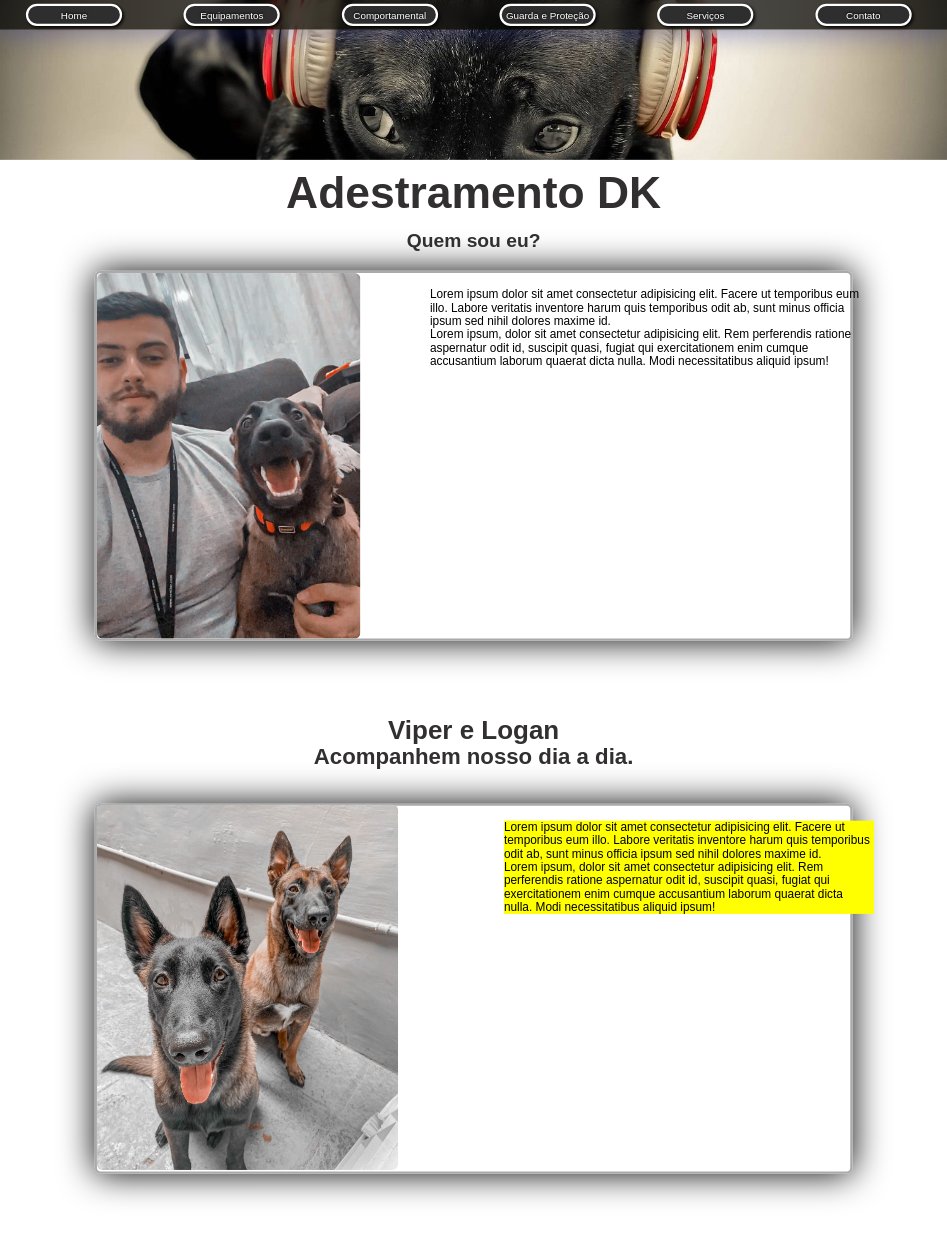
Repository: KevynMarques/Blog-React-StyledComponent
Page: /
The author's editor kept a copy of each file at every save. The page is drawn from the files as they stood at one save, then again after the next save.
The browser window is 1280 px wide. The pictures show the whole page, at 74% of full size.
The project was rebuilt for these pictures with package versions that can differ from the ones it lists, and the page was loaded fresh each time.

Above is the page before, as saved 2022-02-01 19:10:52.

After the next save:
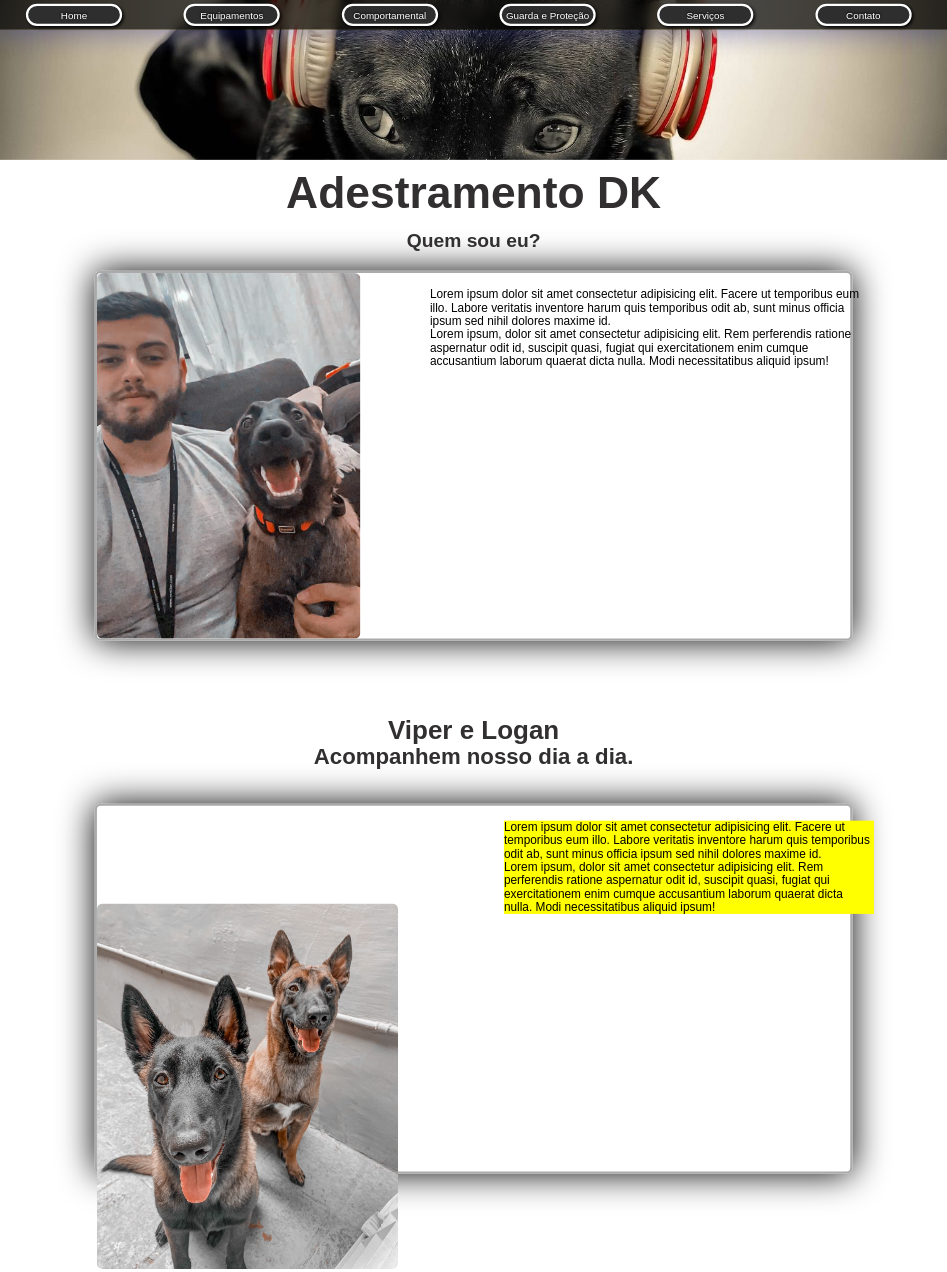
Saved 4 s later.
--- a/src/Components/Sobre/style.jsx
+++ b/src/Components/Sobre/style.jsx
@@ -59,7 +59,7 @@ export const  Dogs  = styled.section `
   div {
     width: 40%;
     height:494px;
-    margin-top: -148px;
+    margin-top: -14px;
   }
 
   img {
